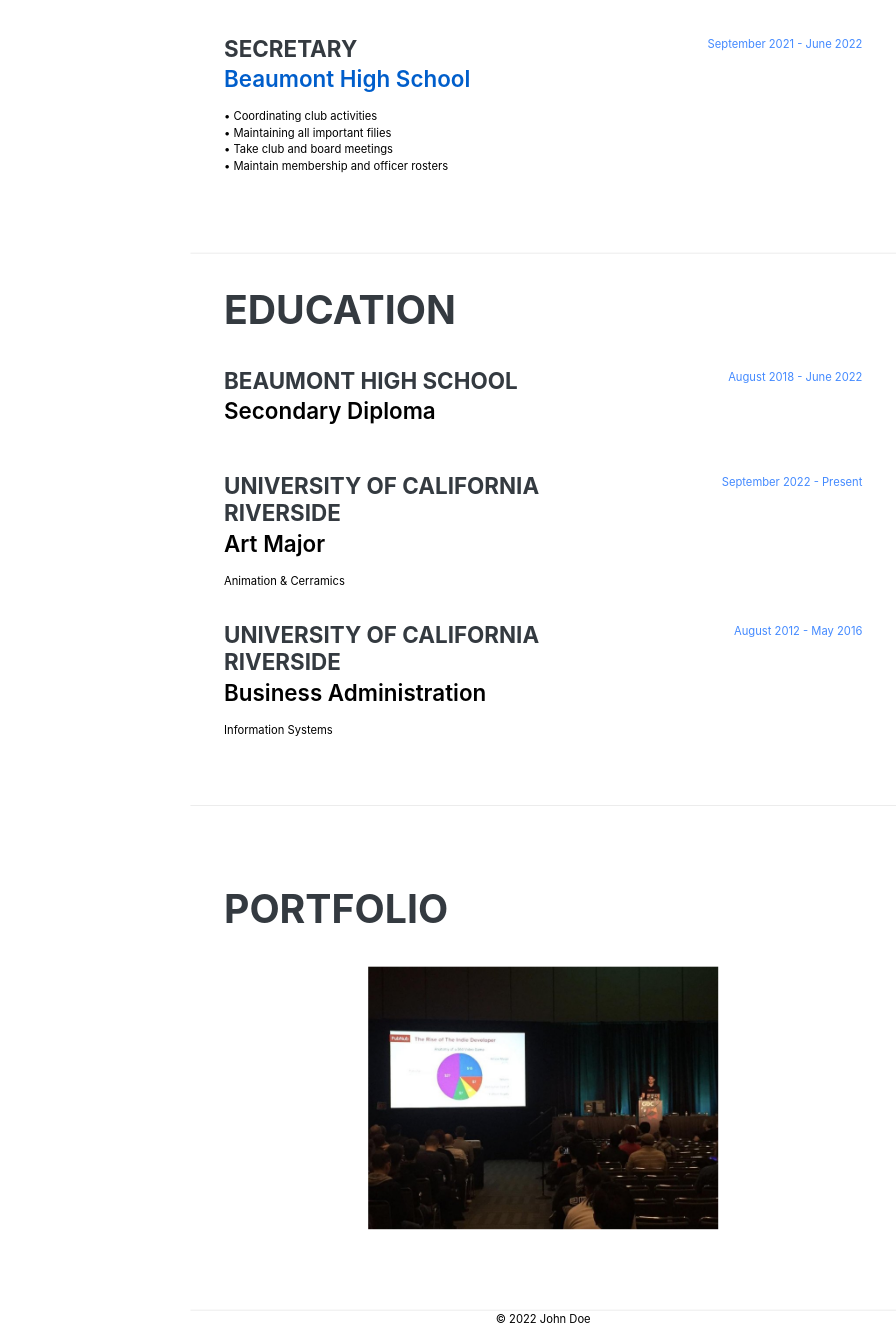
Repository: vmoua1129/vmoua1129-Resume
Page: LearnCS8-Resume/index.html
The author's editor kept a record of every edit. The page is drawn from the files as they stood at one moment, then again after the next edit.
The browser window is 1280 px wide. The pictures show the part of the page from y = 1310 to 3230 px (the page is 3230 px tall before and 3162 px after), at 70% of full size.
Some web fonts or font styles are not loaded; a fallback is used.

Above is the page before.

After the next edit:
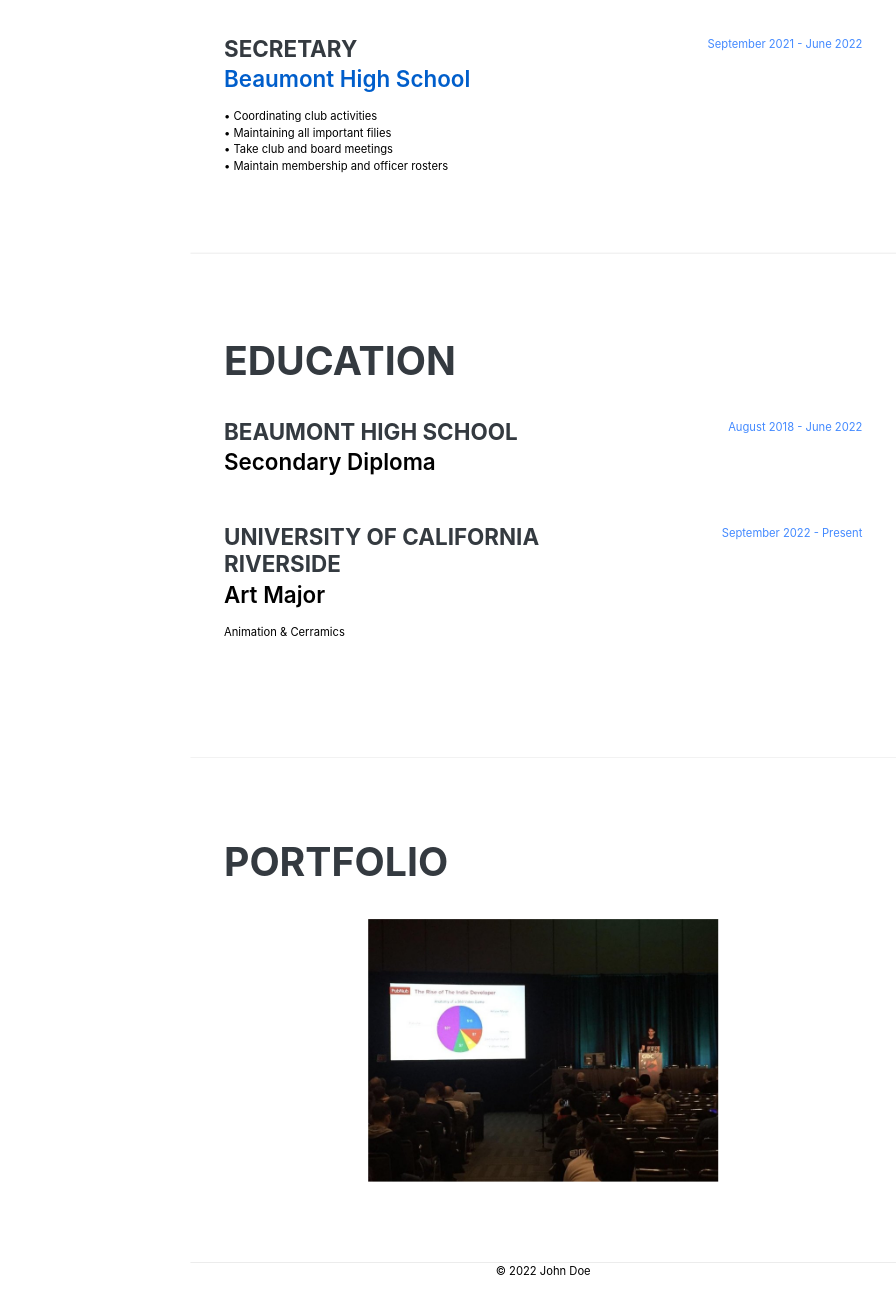
The edit:
--- a/LearnCS8-Resume/index.html
+++ b/LearnCS8-Resume/index.html
@@ -166,18 +166,6 @@
           <div class="resume-date text-md-right">
             <span class="text-primary">September 2022 - Present</span>
           </div>
-        </div>
-
-        <div class="resume-item d-flex flex-column flex-md-row justify-content-between mb-5 education">
-          <div class="resume-content">
-            <h3 class="mb-0">University of California Riverside</h3>
-            <div class="subheading mb-3">Business Administration</div>
-            <div>Information Systems</div>
-          </div>
-          <div class="resume-date text-md-right">
-            <span class="text-primary">August 2012 - May 2016</span>
-          </div>
-        </div>
 
       </div>
     </section>
